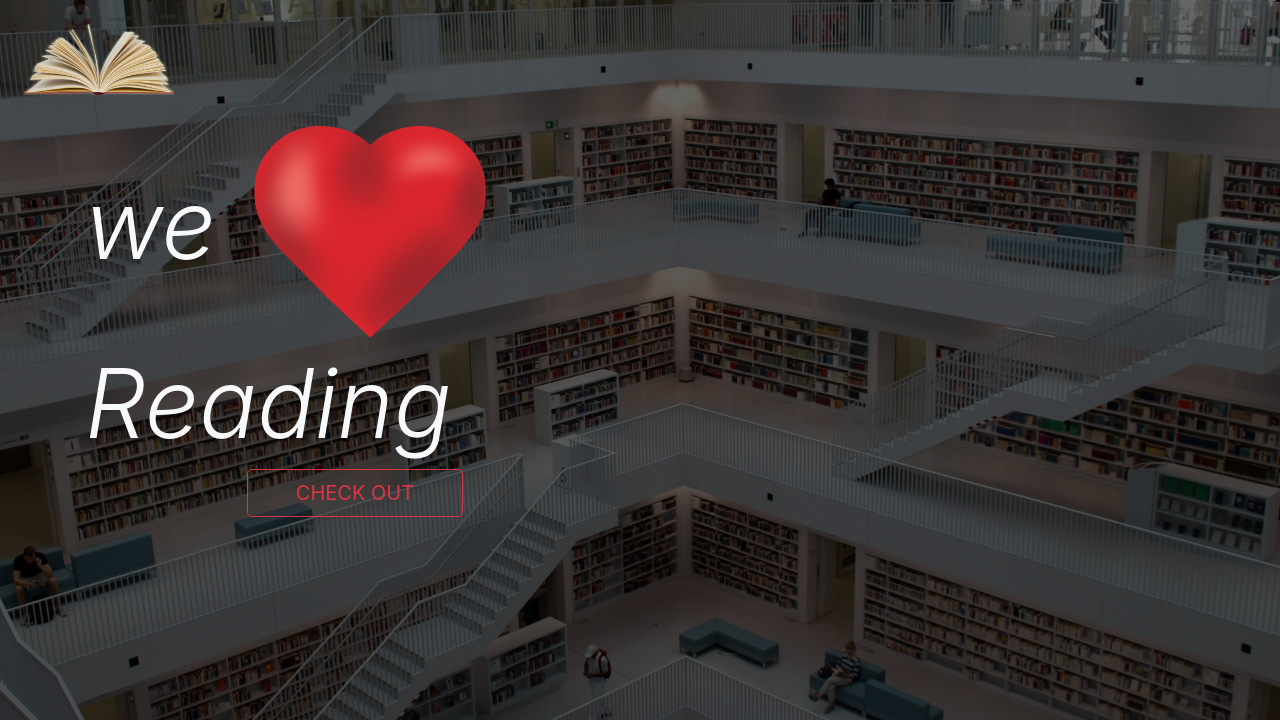
Repository: imedakrouti/BookStore
Page: index.html
The author's editor kept a copy of each file at every save. The page is drawn from the files as they stood at one save, then again after the next save.
The browser window is 1280 px wide. The pictures show the whole page.
Some web libraries are served in a nearby version.

Above is the page before, as saved 2020-05-05 16:42:05.

After the next save:
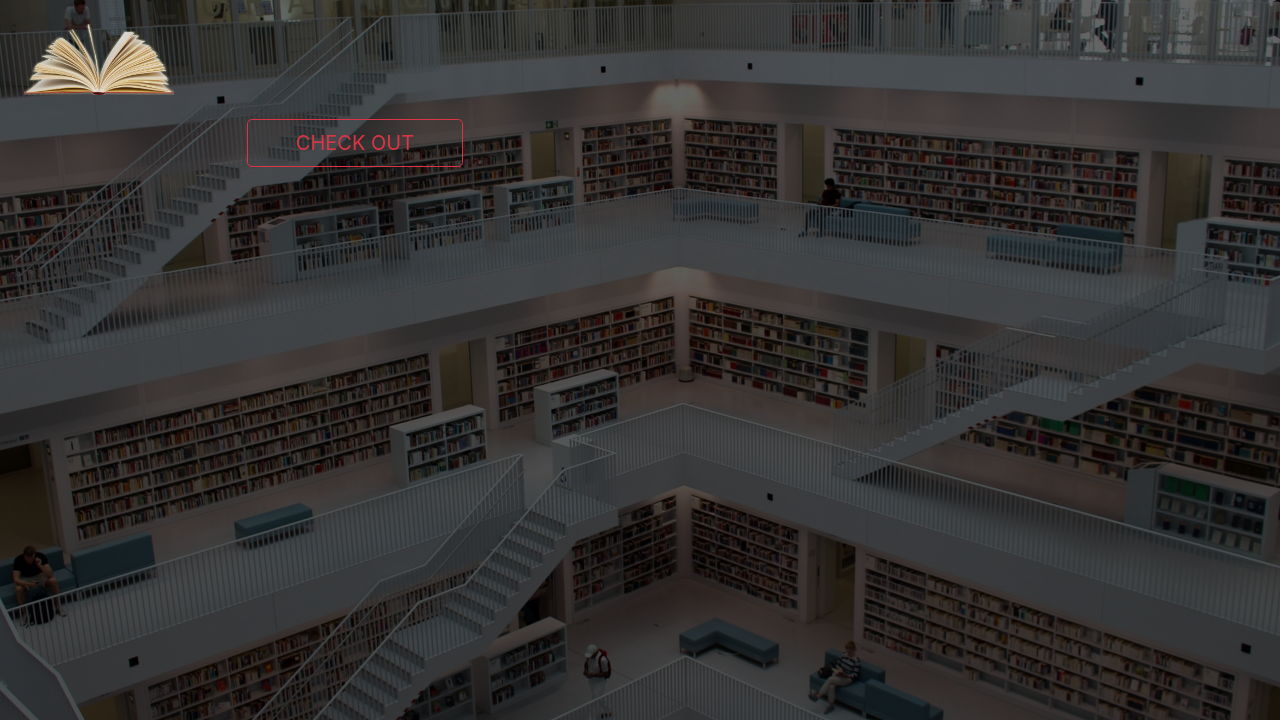
Saved 9 s later.
--- a/index.html
+++ b/index.html
@@ -25,7 +25,6 @@
           <div class="container">
             <div class="row">
                 <div class="hero col-md-6">
-                    <h1 class="text-light display-1 font-italic heading hero-heading">we <img src="images/img/heart.png"width="250px" alt=""class="img-fliud">Reading</h1>
                     <a href="" class="btn btn-lg btn-outline-danger  px-5 text-uppercase ">check out</a>
                 </div>
             </div>
